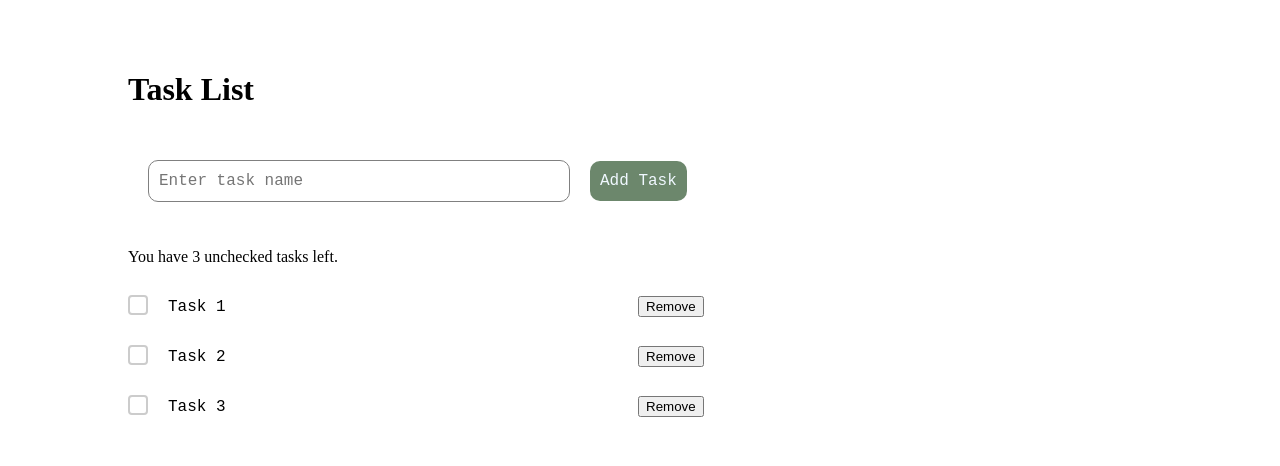
Repository: SandyLy453/task-list
Page: /
An editor plug-in stored every save of this project. The page is shown before and after the next save, followed by the edit.
The browser window is 1280 px wide. The pictures show the whole page.
The project was rebuilt for these pictures with package versions that can differ from the ones it lists, and the page was loaded fresh each time. Also part of the build but not shown: vite.config.js.

Above is the page before, as saved 2024-10-11 15:37:07.

### src/App.jsx
import { useState } from 'react';
import Task from './components/Task';
import TaskForm from './components/TaskForm';

function App() {
  const [tasks, setTasks] = useState([
    { name: 'Task 1', checked: false },
    { name: 'Task 2', checked: false },
    { name: 'Task 3', checked: false }
  ]);

  // Function to calculate the number of unchecked tasks
  const getUncheckedCount = () => {
    return tasks.filter((task) => !task.checked).length;
  };

  // Function to add a new task
  const addTask = (taskName) => {
    setTasks([...tasks, { name: taskName, checked: false }]); // New tasks are unchecked by default
  };

  // Function to remove a task
  const removeTask = (taskName) => {
    setTasks(tasks.filter((task) => task.name !== taskName));
  };

  // Function to toggle the task status
  const toggleTaskStatus = (taskName) => {
    const updatedTasks = tasks.map((task) =>
      task.name === taskName ? { ...task, checked: !task.checked } : task
    );
    setTasks(updatedTasks); // Update the task's checked status in the parent state
  };

  return (
    <>
      <div className="container">
        <h1>Task List</h1>
        <TaskForm addTask={addTask} />
        <p>You have {getUncheckedCount()} unchecked tasks left.</p>
        <div>
          {tasks.map((task, index) => (
            <Task
              key={index}
              name={task.name}
              checked={task.checked}
              toggleTaskStatus={toggleTaskStatus}
              removeTask={removeTask}
            />
          ))}
        </div>
      </div>
    </>
  );
}

export default App;

### src/index.css
.container {
  padding: 20px;
  margin: 30px 100px;
}

.inputBox {
  padding: 10px 0 10px 0;
}

.input {
  height: 20px;
  width: 400px;
  padding: 10px;
  font-size: 16px;
  font-family: monospace;
  margin: 20px;
  border-radius: 10px;
  border: 1px solid gray;
}

.sm-btn{
  height: 40px;
  padding: 10px;
  font-size: 16px;
  font-family: monospace;
  background-color: rgb(108, 135, 108);
  color: aliceblue;
  border: none;
  border-radius: 10px;
}

.sm-btn:hover {
  background-color: rgb(84, 103, 84);
}

.task {
  display: flex;
  flex-direction: row;
  align-items: center;
  gap: 20px;
}

.checkBox {
  width: 20px;
  height: 20px;
  appearance: none;
  background-color: white;
  border: 2px solid #ccc;
  border-radius: 4px;
  cursor: pointer;
  position: relative;
  margin: 6px 0;
}

.checkBox:checked {
  background-color: rgb(108, 135, 108);
}

.checkBox:checked::after {
  content: "";
  display: block;
  width: 4px;
  height: 10px;
  border: solid white;
  border-width: 0 2px 2px 0;
  transform: rotate(45deg);
  position: absolute;
  top: 0px;
  left: 5px;
}

.content {
  width: 450px;
  display: flex;
  word-wrap: normal;
  font-family: monospace;
  font-size: 16px;
}

.task-dellete {
  height: 40px;
  padding: 10px;
  font-size: 16px;
  font-family: monospace;
  background-color: rgb(108, 135, 108);
  color: aliceblue;
  border: none;
  border-radius: 10px;
}

### src/components/Task.jsx
import { useRef, useEffect } from "react";

export default function Task({ name, checked, removeTask, toggleTaskStatus }) {
  const checkboxRef = useRef(null);
  const taskNameRef = useRef(null);

  useEffect(() => {
    const checkbox = checkboxRef.current;
    const crossText = taskNameRef.current;

    // Handle the initial checked state
    if (checked) {
      checkbox.checked = true;
      crossText.style.textDecoration = "line-through";
    } else {
      checkbox.checked = false;
      crossText.style.textDecoration = "none";
    }

    const handleCheckBoxChange = () => {
      toggleTaskStatus(name);
    };

    checkbox.addEventListener("change", handleCheckBoxChange);

    return () => {
      checkbox.removeEventListener("change", handleCheckBoxChange);
    };
  }, [name, checked, toggleTaskStatus]);

  return (
    <>
      <div className="task">
        <label>
          <input type="checkbox" ref={checkboxRef} className="checkBox"/>
        </label>
        <p ref={taskNameRef} className="content">{name}</p>
        <button className="task-delete" onClick={() => removeTask(name)}>
          Remove
        </button>
      </div>
    </>
  );
}

### src/components/TaskForm.jsx
import { useState } from "react";

export default function TaskForm({ addTask }) {
  const [inputValue, setInputValue] = useState("");

  const handleSubmit = (e) => {
    e.preventDefault();
    if (inputValue.trim() !== "") {
      addTask(inputValue);
      setInputValue(""); // clear the input
    }
  };

  return (
    <form onSubmit={handleSubmit} className="inputBox">
      <input
        type="text"
        value={inputValue}
        onChange={(e) => setInputValue(e.target.value)}
        placeholder="Enter task name"
        className="input"
      />
      <button type="submit" className="sm-btn">Add Task</button>
    </form>
  );
}

Loaded but not shown: index.html (common file); src/main.jsx (common file)

After the next save:
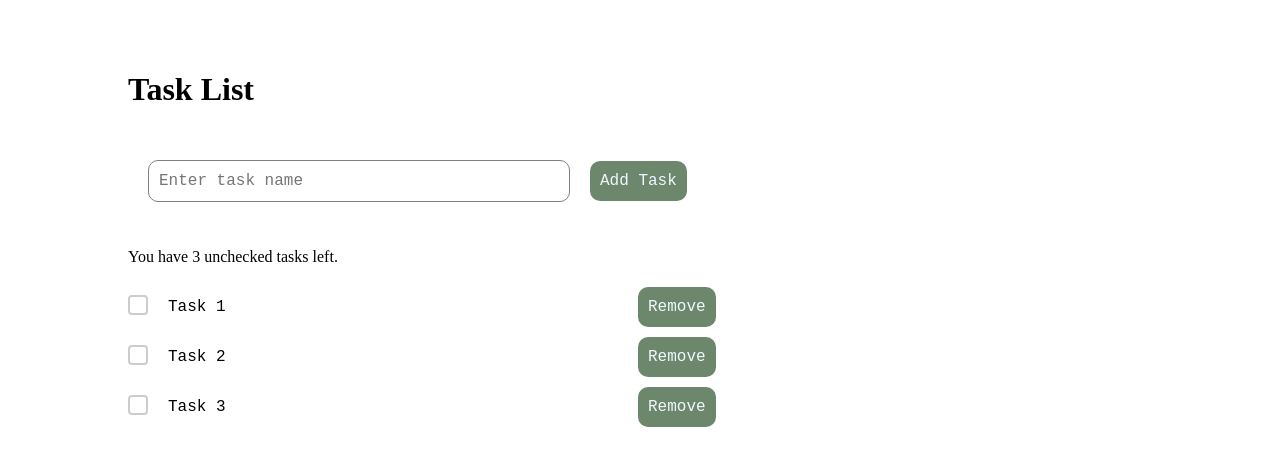
Saved 20 s later.
--- a/src/index.css
+++ b/src/index.css
@@ -77,7 +77,7 @@
   font-size: 16px;
 }
 
-.task-dellete {
+.task-delete {
   height: 40px;
   padding: 10px;
   font-size: 16px;
